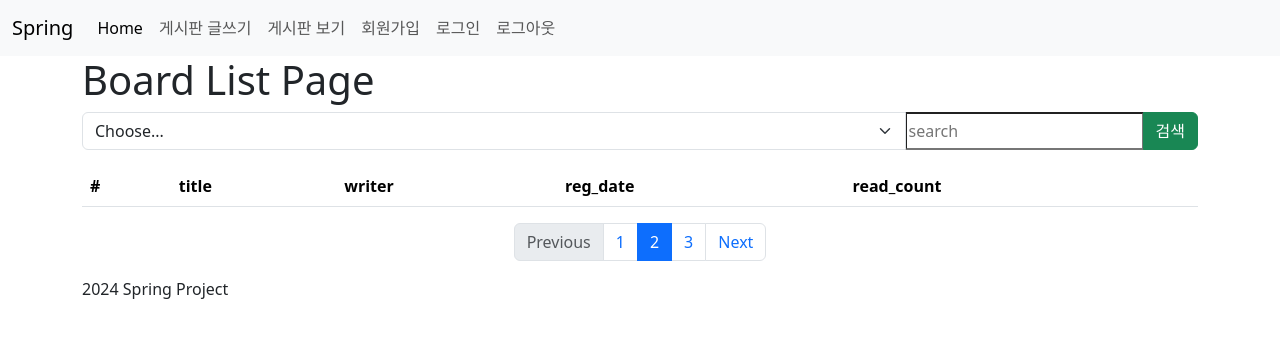
Repository: havanara/240423_SPRING_Project
Page: http://localhost/spring_study/WEB-INF/views/board/list.jsp
An editor plug-in stored every save of this project. The page is shown before and after the next save, followed by the edit.
The browser window is 1280 px wide. The pictures show the whole page.
The page is served by Tomcat 9. Nobody is signed in. The template is opened directly, without the code that normally fills it, so the values that code supplies are empty.

Above is the page before, as saved 2024-04-24 08:36:24.

### spring_study/src/main/webapp/WEB-INF/views/board/list.jsp
<%@ page language="java" contentType="text/html; charset=UTF-8"
    pageEncoding="UTF-8"%>
    <%@taglib uri="http://java.sun.com/jsp/jstl/core" prefix="c"%>

<jsp:include page="../layout/header.jsp" />

<div class="container-md">
	<h1>Board List Page</h1>

	<!-- 검색 라인 -->
	<form action="">
		<div class="input-group mb-3">
			<select class="form-select" aria-label="Default select example">
			  <option selected>Choose...</option>
			  <option value="1">title</option>
			  <option value="2">writer</option>
			  <option value="3">content</option>
			</select>
			<input type="text" placeholder="search">
		  <button type="button" class="btn btn-success">검색</button>
		</div>
	</form>

	<table class="table table-hover">
		<thead>
			<tr>
				<th>#</th>
				<th>title</th>
				<th>writer</th>
				<th>reg_date</th>
				<th>read_count</th>
			</tr>
		</thead>
		<tbody class="table-group-divider">
		<c:forEach items="${list }" var="bvo">
			<tr>
				<td>${bvo.bno }</td>
				<td><a href="/board/detail?bno=${bvo.bno }">${bvo.title }</a></td>
				<td>${bvo.writer }</td>
				<td>${bvo.reg_date }</td>
				<td>${bvo.read_count }</td>
			</tr>
		</c:forEach>
		</tbody>
	</table>

	<!-- 페이지네이션 라인 -->
	<nav aria-label="Page navigation example">
		<ul class="pagination justify-content-center">
			<li class="page-item disabled">
				<a class="page-link">Previous</a>
			</li>
			<li class="page-item"><a class="page-link" href="#">1</a></li>
			<li class="page-item active" aria-current="page">
				<a class="page-link" href="#">2</a>
			</li>
			<li class="page-item"><a class="page-link" href="#">3</a></li>
			<li class="page-item">
				<a class="page-link" href="#">Next</a>
			</li>
		</ul>
	</nav>
</div>

<jsp:include page="../layout/footer.jsp" />

### spring_study/src/main/webapp/WEB-INF/views/layout/header.jsp
<%@ page language="java" contentType="text/html; charset=UTF-8"
    pageEncoding="UTF-8"%>
<!DOCTYPE html>
<html>
<head>
<meta charset="UTF-8">
<title>header.jsp</title>
<link href="https://cdn.jsdelivr.net/npm/bootstrap@5.3.3/dist/css/bootstrap.min.css" rel="stylesheet" integrity="sha384-QWTKZyjpPEjISv5WaRU9OFeRpok6YctnYmDr5pNlyT2bRjXh0JMhjY6hW+ALEwIH" crossorigin="anonymous">
<script src="https://cdn.jsdelivr.net/npm/bootstrap@5.3.3/dist/js/bootstrap.bundle.min.js" integrity="sha384-YvpcrYf0tY3lHB60NNkmXc5s9fDVZLESaAA55NDzOxhy9GkcIdslK1eN7N6jIeHz" crossorigin="anonymous"></script>
</head>
<body>
<nav class="navbar navbar-expand-lg bg-body-tertiary">
  <div class="container-fluid">
    <a class="navbar-brand" href="#">Spring</a>
    <button class="navbar-toggler" type="button" data-bs-toggle="collapse" data-bs-target="#navbarSupportedContent" aria-controls="navbarSupportedContent" aria-expanded="false" aria-label="Toggle navigation">
      <span class="navbar-toggler-icon"></span>
    </button>
    <div class="collapse navbar-collapse" id="navbarSupportedContent">
      <ul class="navbar-nav me-auto mb-2 mb-lg-0">
        <li class="nav-item">
          <a class="nav-link active" aria-current="page" href="#">Home</a>
        </li>
        <li class="nav-item">
          <a class="nav-link" href="/board/register">게시판 글쓰기</a>
        </li>
        <li class="nav-item">
          <a class="nav-link" href="/board/list">게시판 보기</a>
        </li>
        <li class="nav-item">
          <a class="nav-link" href="#">회원가입</a>
        </li>
        <li class="nav-item">
          <a class="nav-link" href="#">로그인</a>
        </li>
        <li class="nav-item">
          <a class="nav-link" href="#">로그아웃</a>
        </li>
      </ul>
    </div>
  </div>
</nav>

### spring_study/src/main/webapp/WEB-INF/views/layout/footer.jsp
<%@ page language="java" contentType="text/html; charset=UTF-8"
    pageEncoding="UTF-8"%>
<!DOCTYPE html>

<div class="container-md">
	2024 Spring Project
</div>

</body>
</html>

After the next save:
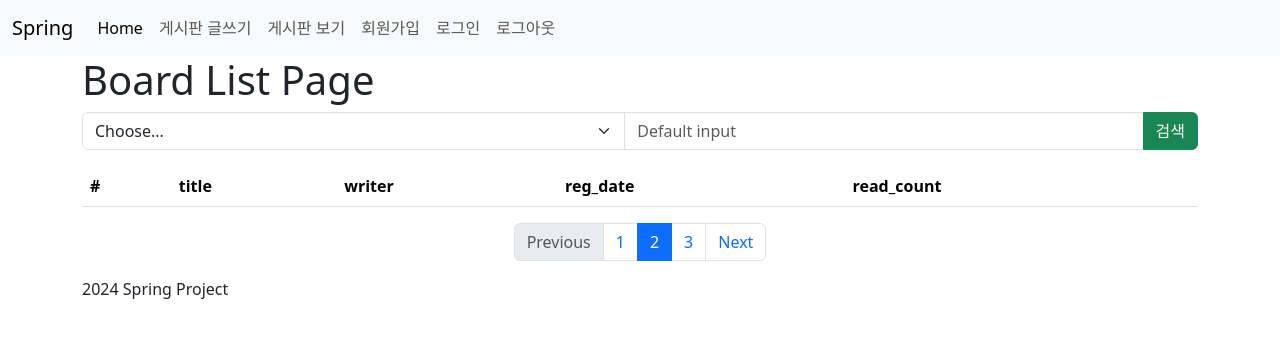
Saved 65 s later.
--- a/spring_study/src/main/webapp/WEB-INF/views/board/list.jsp
+++ b/spring_study/src/main/webapp/WEB-INF/views/board/list.jsp
@@ -16,7 +16,7 @@
 			  <option value="2">writer</option>
 			  <option value="3">content</option>
 			</select>
-			<input type="text" placeholder="search">
+			<input class="form-control" type="text" placeholder="Default input" aria-label="default input example">
 		  <button type="button" class="btn btn-success">검색</button>
 		</div>
 	</form>
